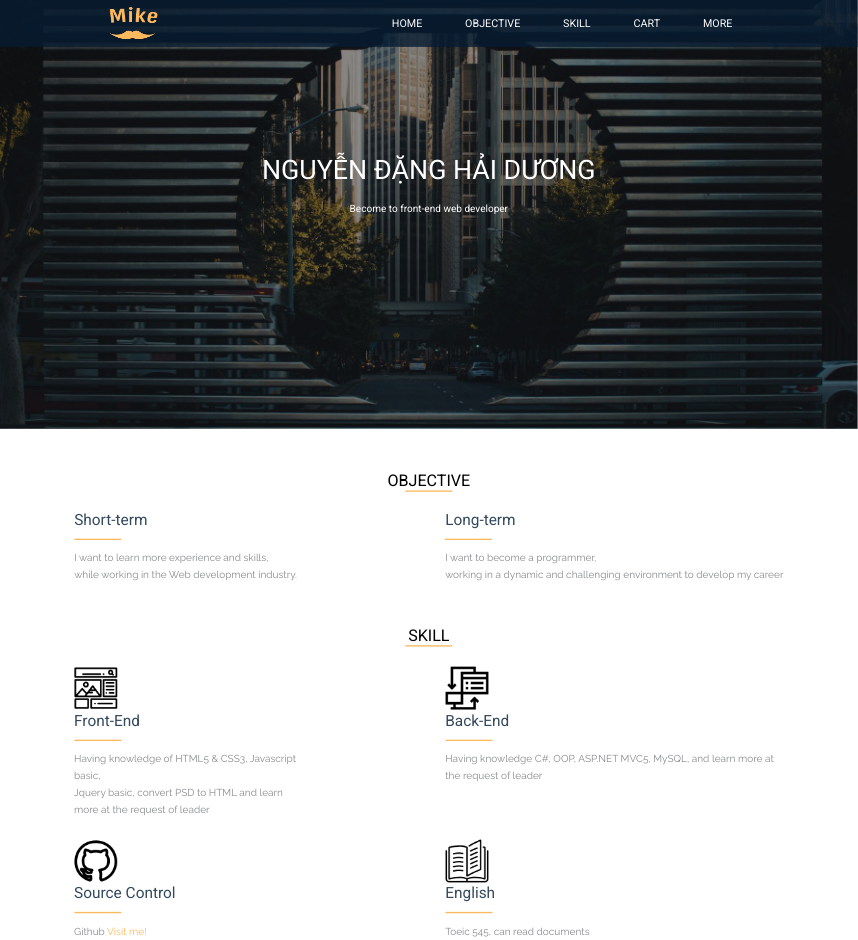
Repository: haiduong7499/Personal-Profile
Page: index.html
An editor plug-in stored every save of this project. The page is shown before and after the next save, followed by the edit.
The browser window is 1280 px wide. The pictures show the whole page, at 67% of full size.

Above is the page before, as saved 2021-02-28 23:15:54.

### index.html
<!DOCTYPE html>
<html lang="en">
<head>
    <meta charset="UTF-8">
    <meta http-equiv="X-UA-Compatible" content="IE=edge">
    <meta name="viewport" content="width=device-width, initial-scale=1.0">
    <link rel="stylesheet" href="style/style.css">
    <link rel="stylesheet" href="style/base.css">
    <link rel="preconnect" href="https://fonts.gstatic.com">
    <link rel="preconnect" href="https://fonts.gstatic.com">
    <link rel="preconnect" href="https://fonts.gstatic.com">
    <link href="https://fonts.googleapis.com/css2?family=Raleway&family=Roboto:wght@400;700&display=swap" rel="stylesheet">
    <title>Project</title>
</head>
<body>
    <div id="header">
        <img src="./asset/5c0eefeb-053e-4086-8d42-7e5a35580c82_200x200.png" alt="">
            <ul id="navbar">

                <li><a href="#">Home</a></li>
                <li><a href="#">Objective</a></li>
                <li><a href="#">Skill</a></li>
                <li><a href="#">Cart</a></li>
                <li><a href="#">More</a></li>
            </ul>
    </div>

    <div id="parallax">
        <div class="content-container">
            <h2 class="content-heading">Nguyễn Đặng Hải Dương</h2>
            <p class="content-text">Become to front-end web developer</p>
        </div>
    </div>


    <div id="objective">
        <div class='objective-heading'>
            <h2>
                Objective
                <hr>
            </h2>
        </div>

        <div class='objective-content'>
            <div class="term">
                <h4>Short-term
                    <hr>
                </h4>

                <p>
                    I want to learn more experience and skills,<br>
                    while working in the Web development industry.
                </p>
            </div>
            <div class="term">
                <h4>Long-term
                    <hr>
                </h4>

                <p>
                    I want to become a programmer,<br>
                    working in a dynamic and challenging environment to develop my career
                </p>
            </div>
        </div>
    </div>

    <div id="skills">
        <div class="skills-heading">
            <h2>
                Skill
                <hr>
            </h2>
        </div>

        <div class="skill-content">
            <div class="hard-skill">

                <div class="skill-left skill-front-end">
                    <img src="asset/web-design.png">
                    <h4 class="skills-title">Front-End <hr></h4>
                    <p class="skills-description">Having knowledge of HTML5 & CSS3, Javascript basic,<br> Jquery basic, convert PSD to HTML and learn more at the request of leader</p>
                </div>

                <div class="skill-right skill-back-end">
                    <img src="asset/backend.png">
                    <h4 class="skills-title">Back-End <hr></h4>
                    <p class="skills-description">Having knowledge C#, OOP, ASP.NET MVC5, MySQL, and learn more at the request of leader</p>
                </div>
            </div>

            <div class="soft-skill">

                <div class="skill-left skills-source-control">
                    <img src="asset/github.png">
                    <h4 class="skills-title">Source Control <hr></h4>
                    <p class="skills-description">Github <a href="https://github.com/haiduong7499">Visit me!</a></p>
                </div>

                <div class="skill-right skills-english">
                    <img src="asset/open-book.png">
                    <h4 class="skills-title">English <hr></h4>
                    <p class="skills-description">Toeic 545, can read documents</p>
                </div>

            </div>
        </div>

    </div>

    <div id="bottom">

    </div>
<script src="main.js"></script>
</body>
</html>

### style/style.css
*{
    padding: 0;
    margin: 0;
    box-sizing: border-box;
}
html{
    font-family: 'Roboto', sans-serif;
}
/* Header */
#header {
    display:flex;
    justify-content: space-around;
    height:70px;
    background: rgba(7, 28, 51, 0.8);
    position: fixed;
    top: 0;
    left: 0;
    right: 0;
    z-index: 1;
}
#header img{
    margin: 8px 0;
    width: 84px;
    height: 53px;
}

#navbar li {
    list-style: none;
    line-height: 70px;
    display:inline-block;
}

#navbar li a{
    display: inline-block;
    padding: 0 30px;
    line-height: 70px;
    text-decoration: none;
    color: #fff;
    text-transform: uppercase;
}
#navbar li:hover a{
    color: #fcb85d;
}

#parallax{
    position: relative;
    padding-top:50%;
    background: url(../asset/home-parallax.jpg) top / cover no-repeat;
}
#parallax .content-container{
    position: absolute;
    bottom: 50%;
    width: 100%;
    text-align: center;
    color: #fff;
}
#parallax .content-heading{
    margin-bottom: 25px;
    font-weight: 500;
    font-size: 40px;
    text-transform: uppercase;
}

#parallax .content-text{
    font-size: 15px;
}
#skills,
#objective{
    width: 100%;
}

#skills .skills-heading,
#objective .objective-heading{
    padding-top: 5%;
    text-align: center;
}

#skills .skills-heading>h2,
#objective .objective-heading>h2{
    position: relative;
    font-size: 24px;
    font-weight: 500;
    text-transform: uppercase;
}


h2>hr{
    position: absolute;
    left: 50%;
    transform: translateX(-50%);
    width:70px;
    height: 2px;
    border: none;
    background-color: #fcb85d
}

#objective .objective-content{
    display: flex;
    justify-content: space-around;
    padding-top: 2.5%;
}

h4>hr{
    width: 70px;
    margin: 15px 0;
    height: 2px;
    border: none;
    background-color: #fcb85d
}
.skills-title,
#objective .term>h4{
    text-align: left;
    color: #34495e;
    font-size: 23px;
    font-family: inherit;
    font-weight: 500;
    line-height: 1.1;
}

.skills-description,
#objective .term>p{
    text-align: left;
    font-size:15px;
    font-weight: 400;
    line-height: calc(5/3);
    color: #888a8c;
    font-family: 'Raleway', sans-serif;
}
.soft-skill,
.hard-skill{
    display: flex;
    justify-content: space-around;
    padding-top: 2.5%;
}

.skill-left{
    width: 333px;
}

.skill-right{
    width:505px;
}

.skills-source-control .skills-description>a{
    text-decoration: none;
    color: #fcb85d;
}

### main.js
const paralax = document.querySelector("#parallax");

window.addEventListener("scroll", function() {
    let offset = window.pageYOffset;
    parallax.style.backgroundPositionY = offset*1 + "px"
})

Loaded but not shown: style/base.css (no stored copy; drawn as an empty file)

After the next save:
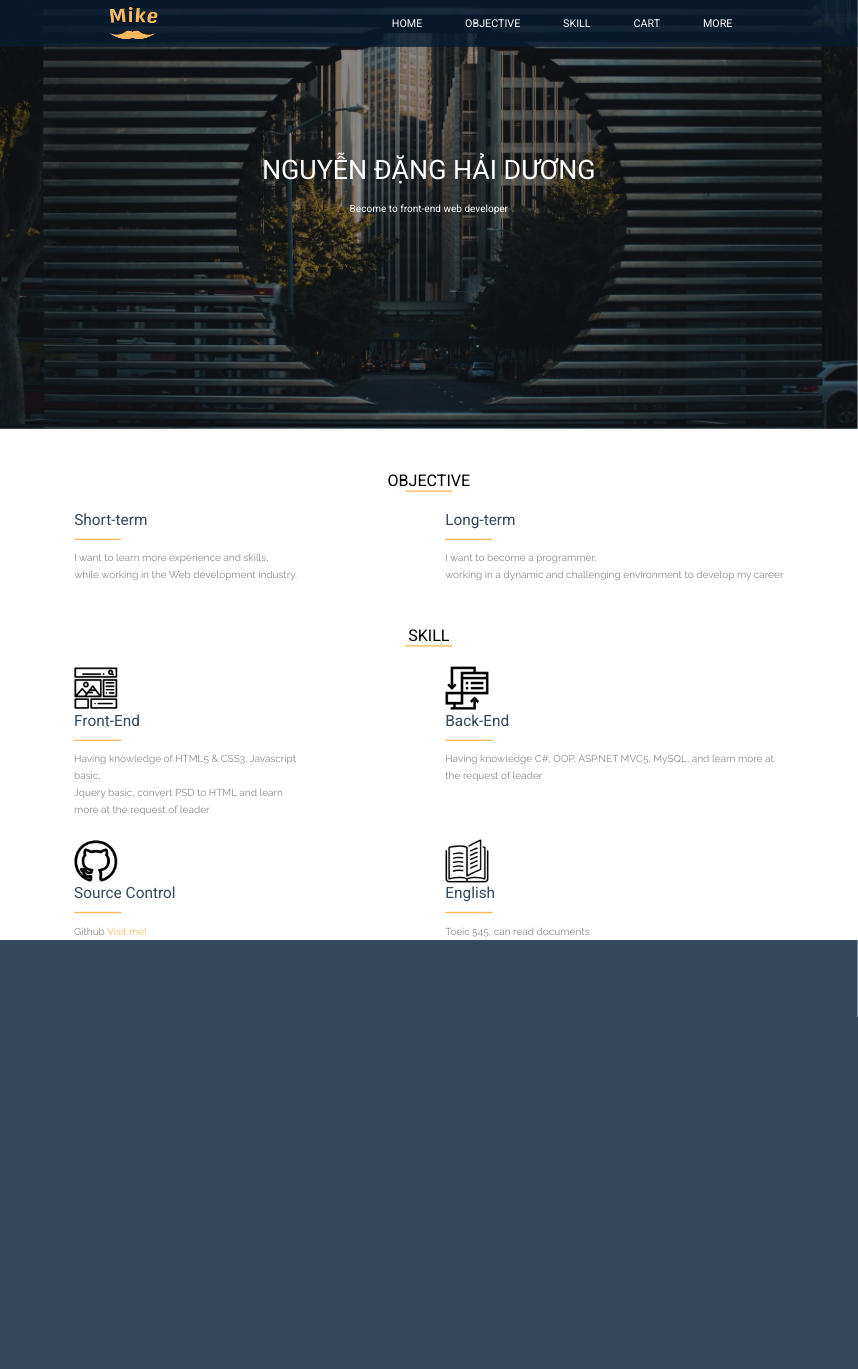
Saved 45 s later.
--- a/style/style.css
+++ b/style/style.css
@@ -145,3 +145,9 @@
     text-decoration: none;
     color: #fcb85d;
 }
+
+#bottom{
+    background:#34495e;
+    bottom:0;
+    padding-top: 50%;
+}
